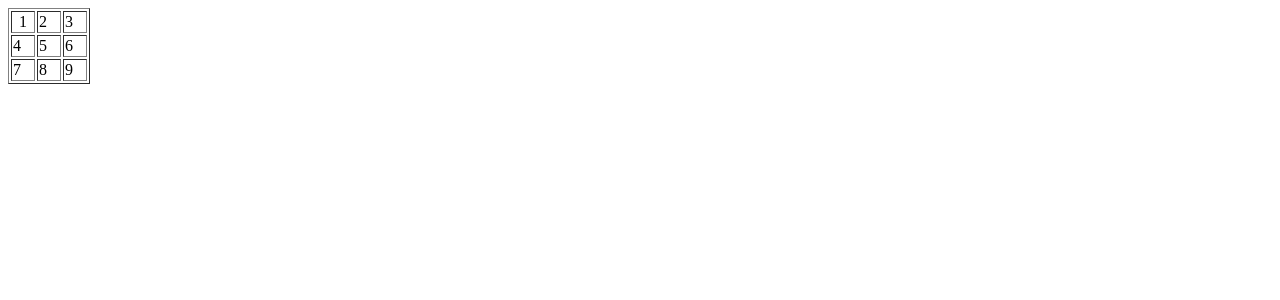
Repository: umhayun/myJSP
Page: HTML/src/main/webapp/table.html
These files come from the project's save history. The page is drawn as it stood at one moment and after the next save; the edit follows.
The browser window is 1280 px wide. The pictures show the whole page.

Above is the page before, as saved 2022-01-18 00:49:50.

### HTML/src/main/webapp/table.html
<!DOCTYPE html>
<html>
<head>
<meta charset="UTF-8">
<title>테이블 태그</title>
</head>
<body>
<!-- 테이블 태그, table, tr, td, th(제목) -->
<table border="1">
<tr >
<td width="20" align=center>1</td>
<td width="20">2</td>
<td width="20">3</td>
</tr>
<tr>
<td>4</td>
<td>5</td>
<td>6</td>
</tr>
<tr >
<td>7</td>
<td>8</td>
<td>9</td>
</tr>
</table>
</body>
</html>

After the next save:
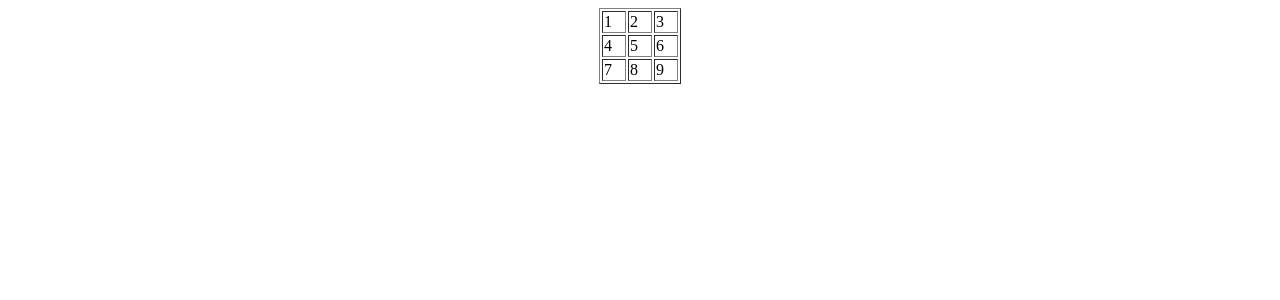
Saved 16 s later.
--- a/HTML/src/main/webapp/table.html
+++ b/HTML/src/main/webapp/table.html
@@ -6,9 +6,9 @@
 </head>
 <body>
 <!-- 테이블 태그, table, tr, td, th(제목) -->
-<table border="1">
+<table border="1" align=center>
 <tr >
-<td width="20" align=center>1</td>
+<td width="20" >1</td>
 <td width="20">2</td>
 <td width="20">3</td>
 </tr>

After the save that followed:
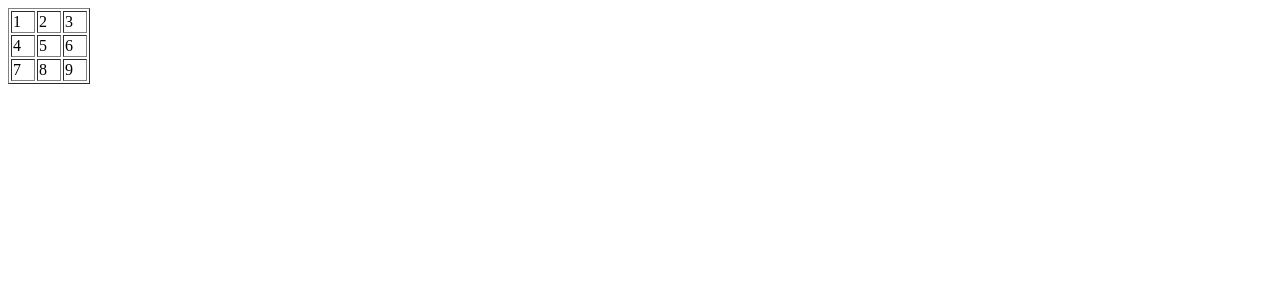
Saved 33 s later.
--- a/HTML/src/main/webapp/table.html
+++ b/HTML/src/main/webapp/table.html
@@ -6,14 +6,14 @@
 </head>
 <body>
 <!-- 테이블 태그, table, tr, td, th(제목) -->
-<table border="1" align=center>
+<table border="1" >
 <tr >
-<td width="20" >1</td>
+<td width="20">1</td>
 <td width="20">2</td>
 <td width="20">3</td>
 </tr>
 <tr>
-<td>4</td>
+<td row="2">4</td>
 <td>5</td>
 <td>6</td>
 </tr>
